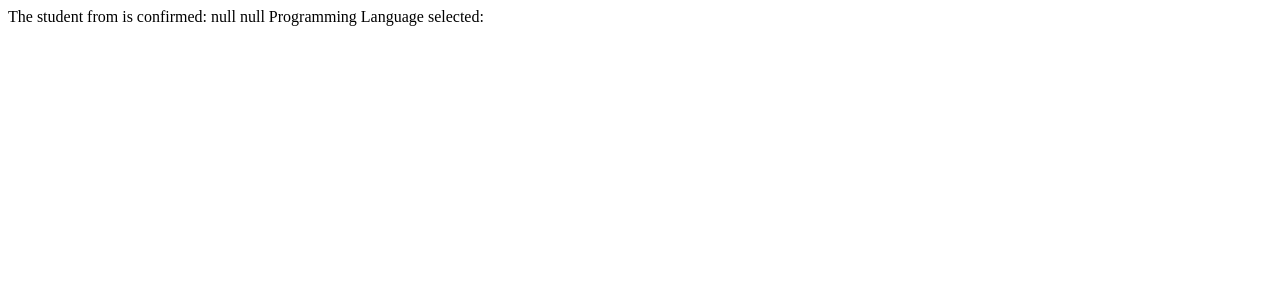
Repository: xiaoliu-lucy/JSP
Page: http://localhost/jspdemo/student-response.jsp
An editor plug-in stored every save of this project. The page is shown before and after the next save, followed by the edit.
The browser window is 1280 px wide. The pictures show the whole page.
The page is served by Tomcat 9. Other server files are loaded and not shown.

Above is the page before, as saved 2017-08-11 00:01:55.

### jspdemo/WebContent/student-response.jsp
<html>
<body>
	The student from ${param.country} is confirmed:
	<%= request.getParameter("firstName") %> <%= request.getParameter("lastName") %>
	Programming Language selected: ${param.favoriteLanguage}
</body>
</html>

After the next save:
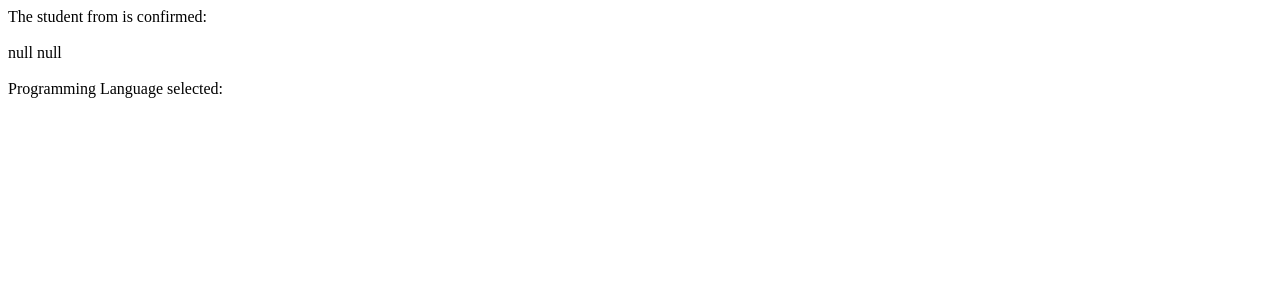
Saved 70 s later.
--- a/jspdemo/WebContent/student-response.jsp
+++ b/jspdemo/WebContent/student-response.jsp
@@ -1,7 +1,9 @@
 <html>
 <body>
 	The student from ${param.country} is confirmed:
+	</br></br>
 	<%= request.getParameter("firstName") %> <%= request.getParameter("lastName") %>
+	</br></br>
 	Programming Language selected: ${param.favoriteLanguage}
 </body>
 </html>
